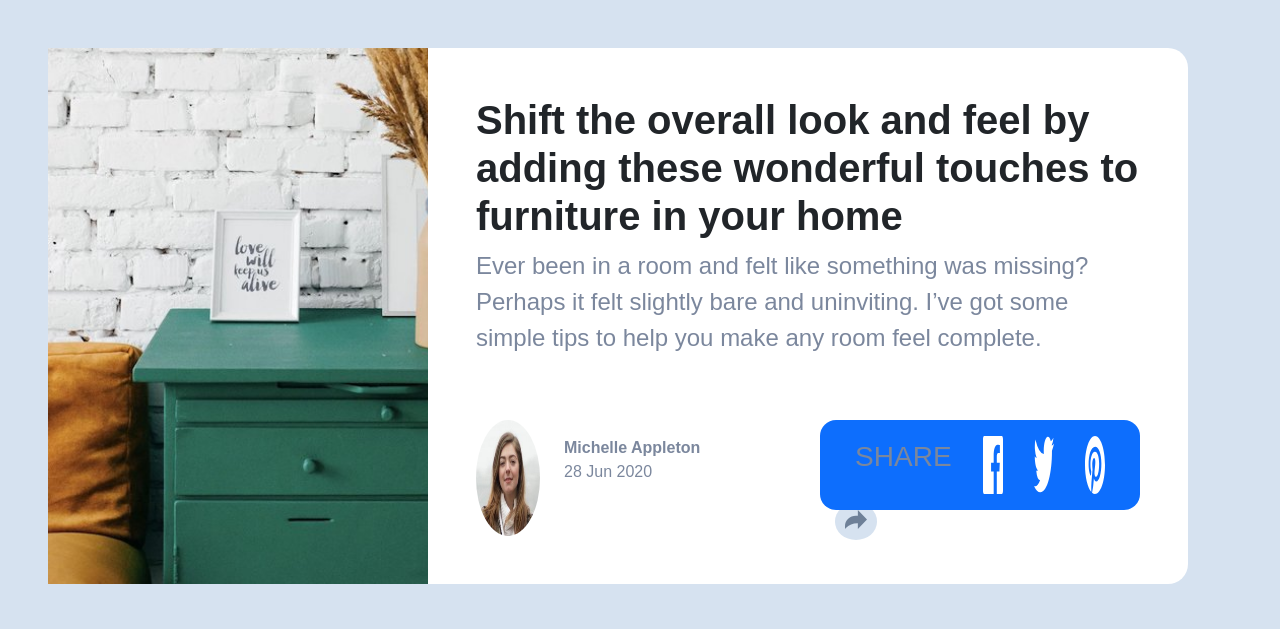
Repository: blordeus/article-preview-component
Page: index.html
The author's editor kept a copy of each file at every save. The page is drawn from the files as they stood at one save, then again after the next save.
The browser window is 1280 px wide. The pictures show the whole page.

Above is the page before, as saved 2024-05-17 17:13:30.

### index.html
<!DOCTYPE html>
<html lang="en">
<head>
  <meta charset="UTF-8">
  <meta name="viewport" content="width=device-width, initial-scale=1.0"> <!-- displays site properly based on user's device -->

  <link rel="icon" type="image/png" sizes="32x32" href="./images/favicon-32x32.png">
  <link href="https://cdn.jsdelivr.net/npm/bootstrap@5.3.3/dist/css/bootstrap.min.css" rel="stylesheet" integrity="sha384-QWTKZyjpPEjISv5WaRU9OFeRpok6YctnYmDr5pNlyT2bRjXh0JMhjY6hW+ALEwIH" crossorigin="anonymous">
  <script src defer="https://cdn.jsdelivr.net/npm/bootstrap@5.3.3/dist/js/bootstrap.bundle.min.js" integrity="sha384-YvpcrYf0tY3lHB60NNkmXc5s9fDVZLESaAA55NDzOxhy9GkcIdslK1eN7N6jIeHz" crossorigin="anonymous"></script>
  <script src defer="./socials.js"></script>
  <link rel="stylesheet" href="style.css">
  <title>Frontend Mentor | Article preview component</title>

</head>
<body class="container m-5">

  <main class="bg-color row">

    <section id="section-1" class="col-4">
    </section>

    <section class="col my-auto p-5">
      <h1 class="text-color fw-bold fs-1">Shift the overall look and feel by adding these wonderful touches to furniture in your home</h1>

      <p class="fs-4">
        Ever been in a room and felt like something was missing? Perhaps
        it felt slightly bare and uninviting. I’ve got some simple tips
        to help you make any room feel complete.
      </p>
      <div class="row pt-5">
        <div class="col d-flex">
          <img id="avatar" src="./images/avatar-michelle.jpg" alt="michelle">
            <div class="ms-4 vstack my-auto mt-3">
              <p class="fw-bold font-black fs-6">Michelle Appleton <br> <span class="fw-normal">28 Jun 2020</span></p>
            </div>
          </div>
          <div class="col my-auto">
            <div class=" d-flex justify-content-evenly py-3 px-1 bg-primary position-relative rounded-4">
              <p class="fs-3">SHARE</p>
                <img id="facebook" src="./images/icon-facebook.svg" alt="facebook">
                <img id="twitter" src="./images/icon-twitter.svg" alt="twitter">
                <img id="pinterest" src="./images/icon-pinterest.svg" alt="pinterest">
            </div>
            <a href="#"><span class="share-background"><img id="share" src="./images/icon-share.svg" alt="share"></span></a>
          </div>
        </div>
      </div>
    </section>

  </main>
  <div class="attribution d-none">
    Challenge by <a href="https://www.frontendmentor.io?ref=challenge" target="_blank">Frontend Mentor</a>.
    Coded by <a href="#">Bryan Lordeus</a>.
  </div>
</body>
</html>

### style.css
/* root */
:root {
    --white: hsl(0, 0%, 100%);
    --light-gray: hsl(212, 45%, 89%);
    --grayish-blue: hsl(220, 15%, 55%);
    --dark-blue: hsl(218, 44%, 22%);
}

/* import Manrope font */
@import url('https://fonts.googleapis.com/css2?family=Manrope:wght@500;700&display=swap');

* {
    font-family: 'Manrope', sans-serif;
}


body {
    background-color: var(--light-gray);
}

main {
    background-color: var(--white);
    border-radius: 20px;

}

p {
    font-size: 13px;
    color: var(--grayish-blue);
}

#section-1 {
    background-image: url(./images/drawers.jpg);
    background-repeat: no-repeat;
    background-size: cover;
}

#avatar {
    /* make round */
    border-radius: 50%;
    /* make image smaller */
    width: 20%;
}

#share {
    width: 7%;
    position: static;
    margin-bottom: 2%;
}

.share-background {
    /* add light gray circle as background to icon */
    background-color: var(--light-gray);
    border-radius: 50%;
    padding: 10px;
    /* center icon */
    margin-left: 15px;
    margin-right: 15px;
    z-index: -2;
}

After the next save:
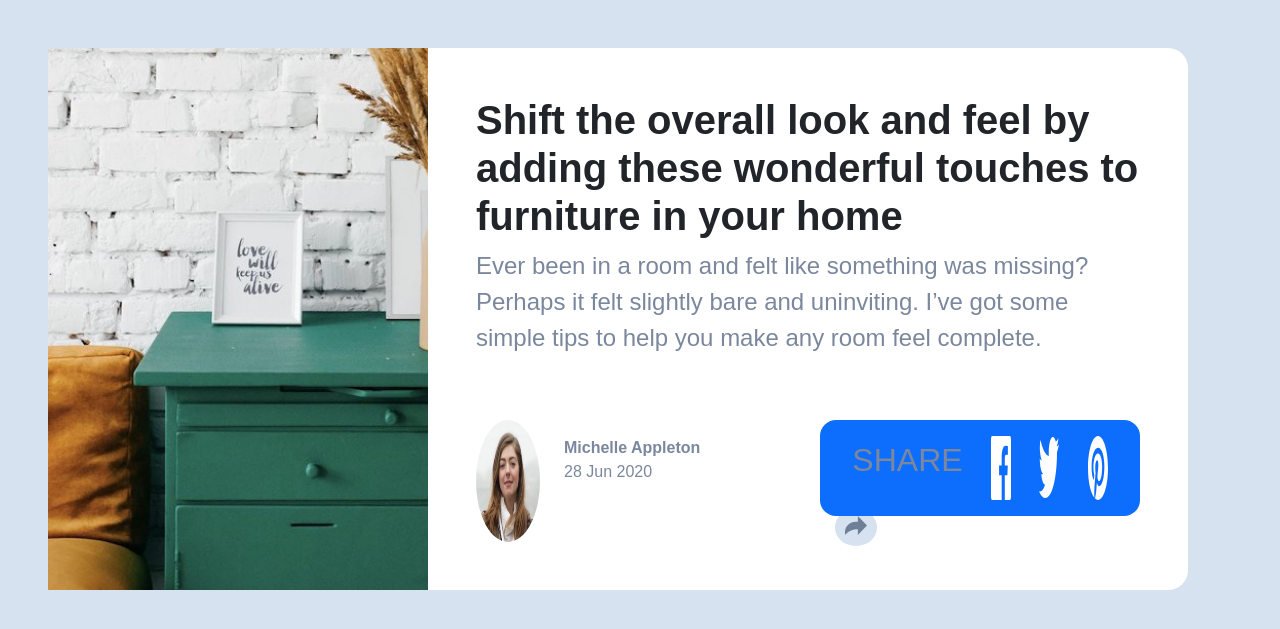
Saved 5 s later.
--- a/index.html
+++ b/index.html
@@ -36,7 +36,7 @@
           </div>
           <div class="col my-auto">
             <div class=" d-flex justify-content-evenly py-3 px-1 bg-primary position-relative rounded-4">
-              <p class="fs-3">SHARE</p>
+              <p class="fs-2">SHARE</p>
                 <img id="facebook" src="./images/icon-facebook.svg" alt="facebook">
                 <img id="twitter" src="./images/icon-twitter.svg" alt="twitter">
                 <img id="pinterest" src="./images/icon-pinterest.svg" alt="pinterest">
